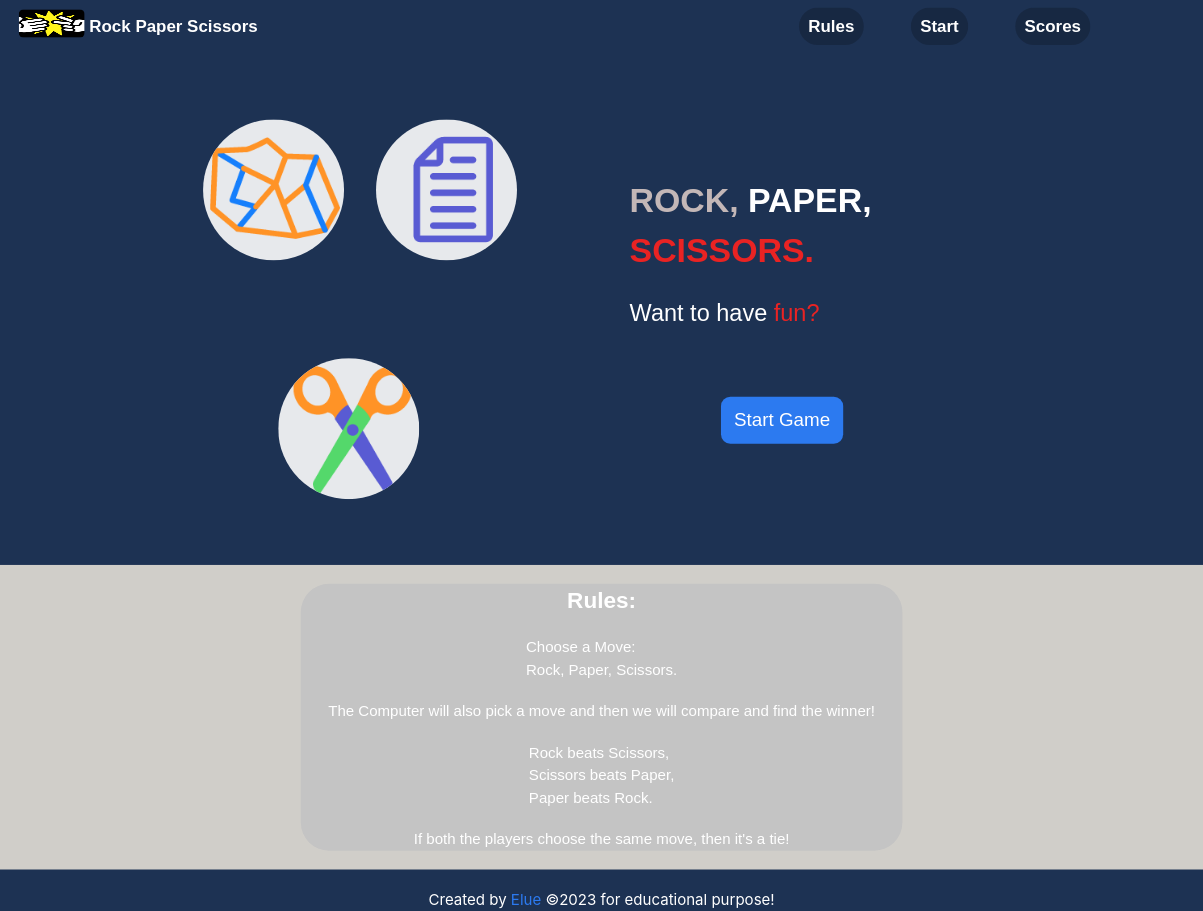
Repository: MikkyPrestige/rock-paper-scissors
Page: index.html
The author's editor kept a copy of each file at every save. The page is drawn from the files as they stood at one save, then again after the next save.
The browser window is 1280 px wide. The pictures show the whole page, at 94% of full size.

Above is the page before, as saved 2023-05-08 05:40:07.

### index.html
<!DOCTYPE html>
<html lang="en">

<head>
  <meta charset="UTF-8">
  <meta http-equiv="X-UA-Compatible" content="IE=edge">
  <meta name="viewport" content="width=device-width, initial-scale=1.0">
  <title>Rock, Paper or Scissors Game</title>
  <link rel="stylesheet" href="./index.css">
  <!-- <script src="./index.js" defer></script> -->
</head>

<body>
  <main>
    <header>
      <figure>
        <a href="/">
          <img src="./img/logo.png" alt="Logo" class="logo">
        </a>
        <figcaption>Rock Paper Scissors</figcaption>
      </figure>
      <nav>
        <ul>
          <li><a href="#">Rules</a></li>
          <li><a href="#">Start</a></li>
          <li><a href="#">Scores</a></li>
        </ul>
      </nav>
    </header>
    <section class="home">
      <div class="images">
        <img src="./img/Rock.gif" alt="Rock image" class="img rock">
        <img src="./img/Paper.gif" alt="Paper image" class="img paper">
        <img src="./img/Scissors.gif" alt="Scissors image" class="img scissors">
      </div>
      <div class="content">
        <h1 class="content--title"><span class="content-rock">Rock,</span> Paper, <span
            class="content-scissors">Scissors.</span></h1>
        <p class="content--text">Want to have <span class="fun">fun?</span></p>
        <button type="submit" class="btn">Start Game</button>
      </div>
    </section>

    <section class="rule">
      <div class="rule--content">
        <h2 class="rule--title">Rules:</h2>
        <p class="rule--para">Choose a Move: <br>Rock, Paper, Scissors.</p>
        <p class="rule--para">The Computer will also pick a move and then we will compare and find the winner!</p>
        <p class="rule--para">Rock beats Scissors, <br> Scissors beats Paper, <br> Paper beats Rock.</p>
        <p class="rule--para">If both the players choose the same move, then it's a tie!</p>
        <!-- <button type="submit" class="btn">New Game</button> -->
      </div>
    </section>

    <footer>
      <p class="footer--text">Created by <a href="#" target="_blank" class="footer--link">Elue</a> &copy;2023 for
        educational purpose!</p>
    </footer>
  </main>
</body>

</html>

### index.css
*,
*::after,
*::before {
  box-sizing: border-box;
  margin: 0;
  padding: 0;
}

html {
  font-size: 62.5%;
}

body {
  font-family: "Fira Sans", sans-serif;
  font-size: 1.6rem;
  line-height: 1.5;
  background: rgba(29, 50, 83, 1);
  color: rgba(255, 255, 255, 1);
  width: 100%;
  height: 100%;
}

main {
  display: flex;
  flex-direction: column;
  justify-content: center;
  gap: 2rem;
  height: 100%;
  width: 100%;
}

header {
  display: flex;
  justify-content: space-between;
  align-items: center;
  padding: 1rem 2rem;
  width: 100%;
  height: auto;
}

figure {
  display: flex;
  align-items: center;
  gap: .5rem;
  height: auto;
}

.logo {
  width: 7rem;
  height: 3rem;
  border-radius: .5rem;
  -webkit-border-radius: .5rem;
  -moz-border-radius: .5rem;
  -ms-border-radius: .5rem;
  -o-border-radius: .5rem;
}

figcaption {
  font-size: 1.8rem;
  font-weight: 600;
  color: rgba(255, 255, 255, 1);
}

nav {
  height: auto;
  margin-right: 10rem;
}

ul {
  display: flex;
  justify-content: center;
  align-items: center;
  gap: 5rem;
  list-style: none;
}

li a {
  font-size: 1.8rem;
  font-weight: 600;
  color: rgba(255, 255, 255, 1);
  background: linear-gradient(0deg, rgba(0, 0, 0, 0.2), rgba(0, 0, 0, 0.2)), #1D3253;
  text-decoration: none;
  padding: 1rem;
  border-radius: 2rem;
}

li a:hover {
  background: rgba(255, 255, 255, 1);
  color: rgba(29, 50, 83, 1);
  text-decoration: underline;
}

.home {
  display: flex;
  justify-content: center;
  align-items: center;
  width: 100%;
  height: 70vh;
}

.images {
  position: relative;
  height: 100%;
  flex-basis: 30%;
}

.img {
  background: rgba(253, 253, 253, 0.9);
  border-radius: 50%;
  -webkit-border-radius: 50%;
  -moz-border-radius: 50%;
  -ms-border-radius: 50%;
  -o-border-radius: 50%;
  width: 15rem;
  height: 15rem;
}

.rock {
  position: absolute;
  top: 5rem;
  left: 0rem;
}

.paper {
  position: absolute;
  top: 5rem;
  right: 5rem;
}

.scissors {
  position: absolute;
  bottom: 5rem;
  left: 8rem;
}

.content {
  display: flex;
  flex-direction: column;
  justify-content: center;
  align-items: center;
  gap: 2rem;
}

.content--title {
  font-size: 3.6rem;
  font-weight: 600;
  width: 70%;
  text-transform: uppercase;
}

.content-rock {
  color: rgba(195, 183, 183, 1);
}

.content-scissors {
  color:rgba(233, 35, 35, 1);
}

.content--text {
  font-size: 2.5rem;
  font-weight: 400;
  width: 70%;
}

.fun {
  color:rgba(233, 35, 35, 1);
}

.btn {
  width: 13rem;
  height: 5rem;
  font-size: 2rem;
  color: rgba(255, 255, 255, 1);
  background: #2C7AF0;
  border-radius: 1rem;
  -webkit-border-radius: 1rem;
  -moz-border-radius: 1rem;
  -ms-border-radius: 1rem;
  -o-border-radius: 1rem;
  border: none;
  cursor: pointer;
  margin-top: 5rem;
  transition: all .3s ease-in-out;
  -webkit-transition: all .3s ease-in-out;
  -moz-transition: all .3s ease-in-out;
  -ms-transition: all .3s ease-in-out;
  -o-transition: all .3s ease-in-out;
}

.btn:hover {
  background: rgba(255, 255, 255, .7);
  color: rgba(44, 122, 240, 1);
}

.rule {
  width: 100%;
  height: 100%;
  background: #D0CEC9;
}

.rule--content {
  display: flex;
  flex-direction: column;
  justify-content: center;
  align-items: center;
  gap: 2rem;
  width: 50%;
  background: #C4C4C4;
  border-radius: 3rem;
  -webkit-border-radius: 3rem;
  -moz-border-radius: 3rem;
  -ms-border-radius: 3rem;
  -o-border-radius: 3rem;
  margin: 2rem auto;
}

footer {
  margin: 0 auto;
}

.footer--text {
  font-family: "Inter";
}

.footer--link {
  color: rgba(44, 122, 240, 1);
  text-decoration: none;
}

After the next save:
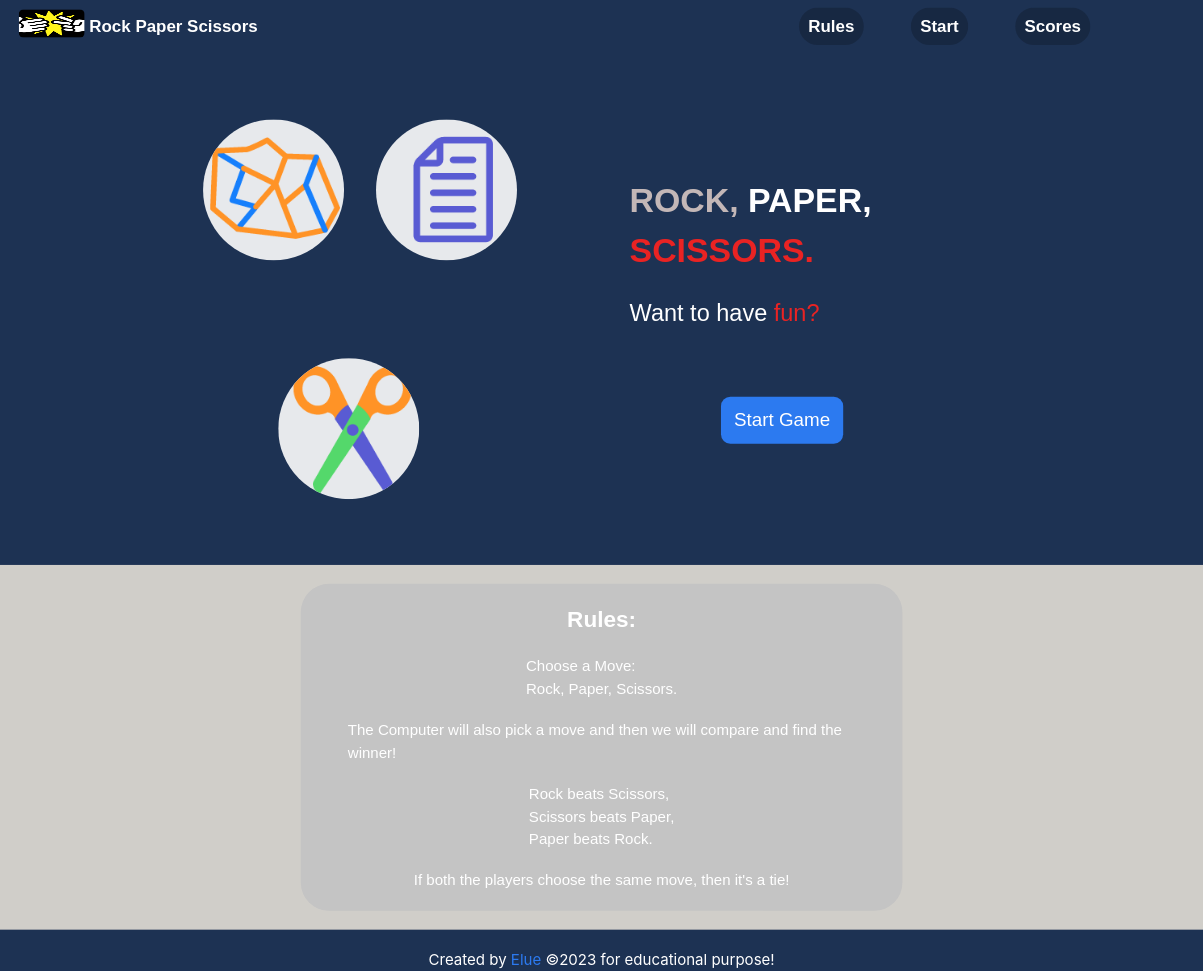
Saved 74 s later.
--- a/index.css
+++ b/index.css
@@ -212,6 +212,7 @@ li a:hover {
   -ms-border-radius: 3rem;
   -o-border-radius: 3rem;
   margin: 2rem auto;
+  padding: 2rem 5rem;
 }
 
 footer {
